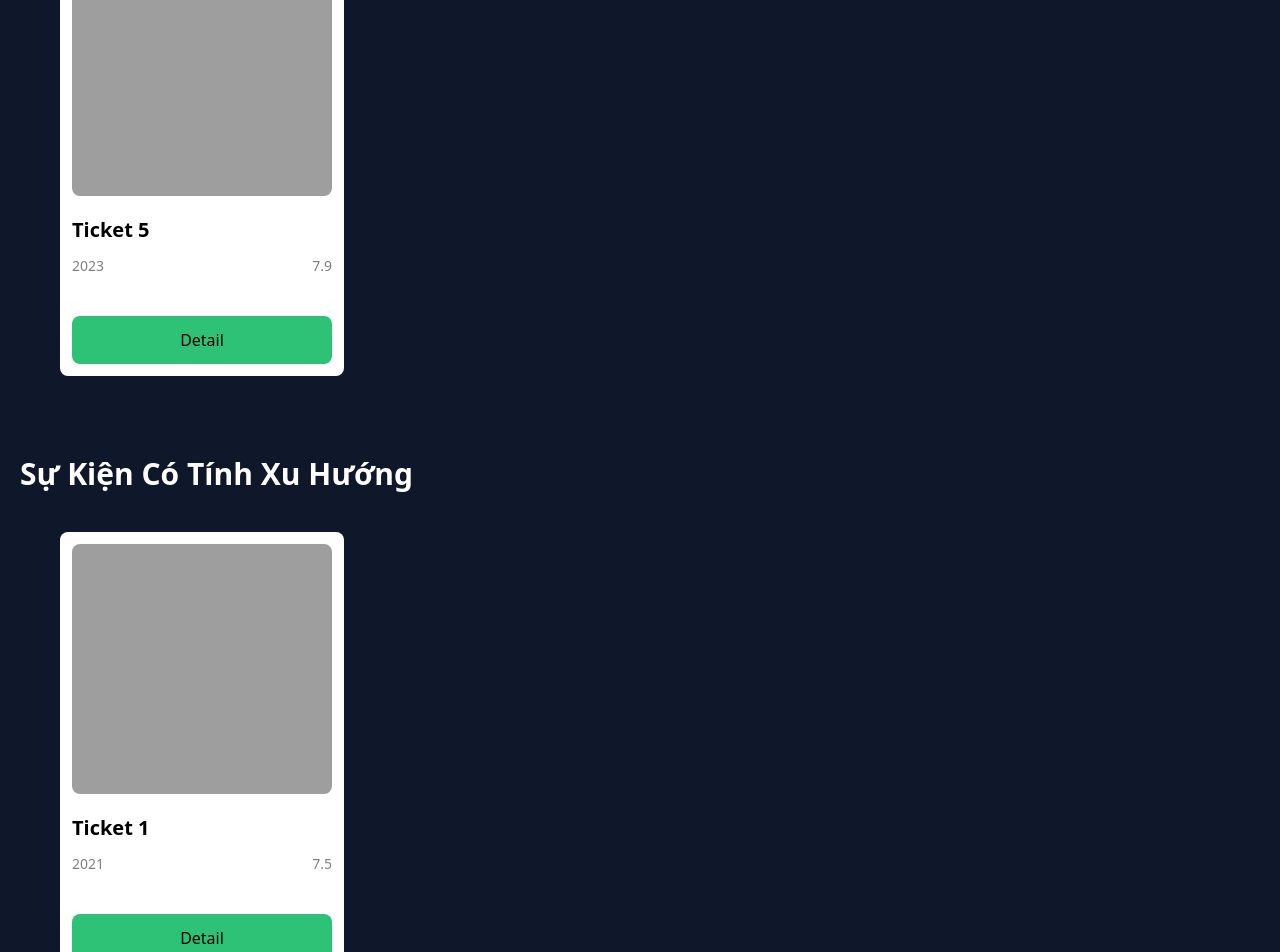
Repository: DatVX02/SWD392--ChienNV33
Page: / (app in FE/ticket-reused/)
An editor plug-in stored every save of this project. The page is shown before and after the next save, followed by the edit.
The browser window is 1280 px wide. The pictures show the part of the page from y = 4962 to 5914 px (the page is 10150 px tall).
Pictures or frames that could not be fetched are drawn as grey boxes. The project was rebuilt for these pictures with package versions that can differ from the ones it lists, and the page was loaded fresh each time. Also part of the build but not shown: FE/ticket-reused/vite.config.js, FE/ticket-reused/src/components/Auther/Login.jsx, FE/ticket-reused/src/components/Auther/Register.jsx, FE/ticket-reused/src/components/User/LoginModal.jsx, FE/ticket-reused/src/components/User/RegisterModal.jsx, FE/ticket-reused/src/components/loading/LoadingSkeleton.jsx.

Above is the page before, as saved 2024-10-13 20:10:53.

After the next save:
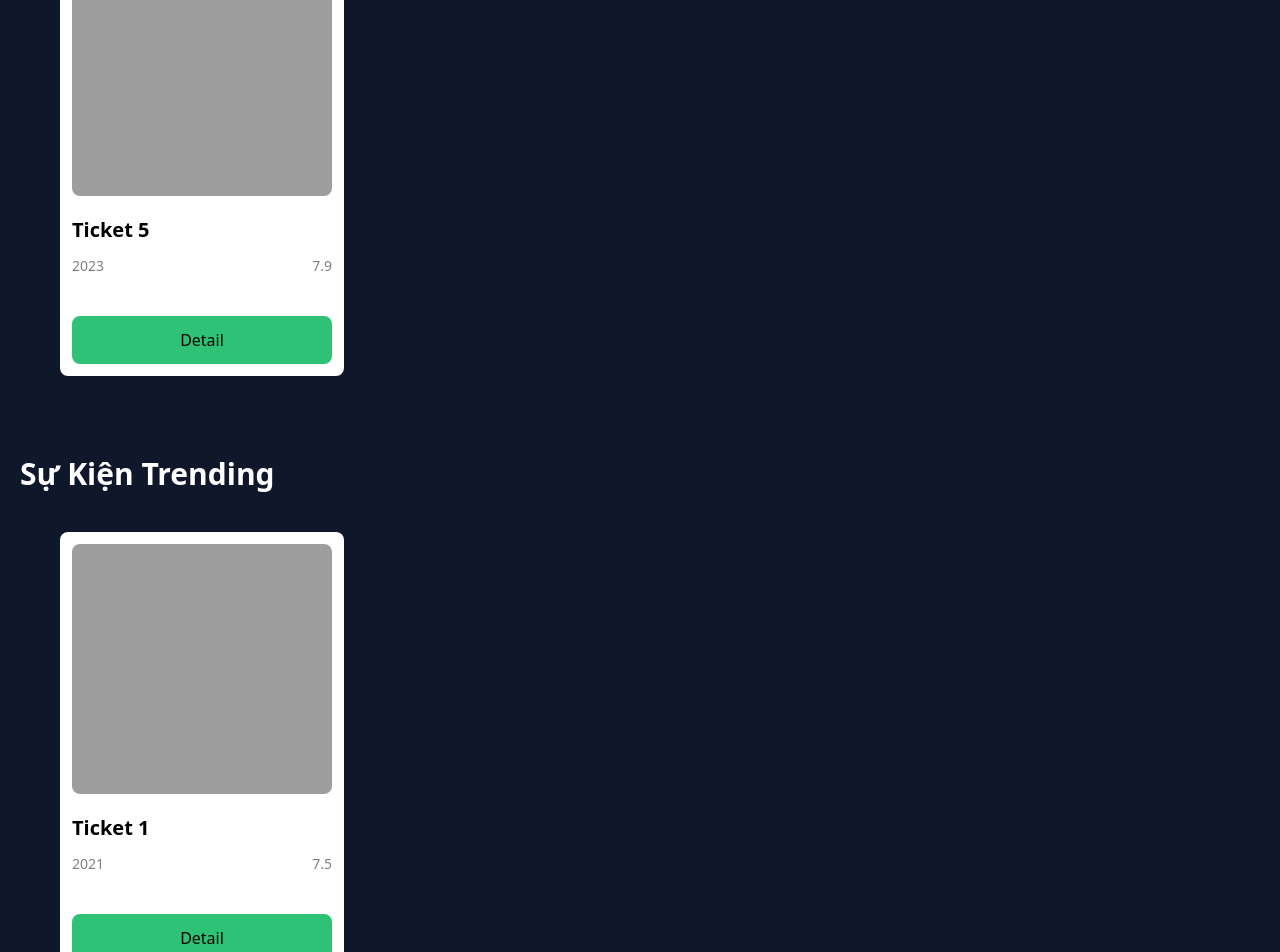
Saved 3 min 48 s later.
--- a/FE/ticket-reused/src/components/page/HomePage.jsx
+++ b/FE/ticket-reused/src/components/page/HomePage.jsx
@@ -8,18 +8,12 @@ import LoginModal from "../User/LoginModal";
 import RegisterModal from "../User/RegisterModal";
 
 const HomePage = () => {
-  // State for search criteria
   const [searchCriteria, setSearchCriteria] = useState({});
   const [isLoginVisible, setLoginVisible] = useState(false);
   const [isRegisterVisible, setRegisterVisible] = useState(false);
 
-  // Handler for updating search criteria
-  const handleSearch = (criteria) => {
-    setSearchCriteria(criteria);
-    console.log("Search criteria updated:", criteria); // Debugging
-  };
+  const handleSearch = (criteria) => setSearchCriteria(criteria);
 
-  // Handlers to manage modals
   const handleShowLogin = () => {
     setLoginVisible(true);
     setRegisterVisible(false);
@@ -30,13 +24,9 @@ const HomePage = () => {
     setLoginVisible(false);
   };
 
-  const handleHideLogin = () => setLoginVisible(false);
-  const handleHideRegister = () => setRegisterVisible(false);
-
   return (
     <Fragment>
       <div className="app-container">
-        {/* Header Section */}
         <div className="header-container">
           <Header
             onLoginClick={handleShowLogin}
@@ -44,7 +34,6 @@ const HomePage = () => {
           />
         </div>
 
-        {/* Banner and Main Content */}
         <main className="pt-16 banner-container">
           <Banner />
           <div className="main-content page-container">
@@ -52,57 +41,30 @@ const HomePage = () => {
           </div>
         </main>
 
-        {/* Events Sections */}
-        <section className="pb-20 movie-layout page-container">
-          <h2 className="mb-10 text-3xl font-bold text-white capitalize">
-            Sự kiện đặc biệt
-          </h2>
-          <TicketList type="Special event" criteria={searchCriteria} />
-        </section>
+        {["Special", "Music", "Trending", "Upcoming"].map(
+          (eventType, index) => (
+            <section key={index} className="pb-20 movie-layout page-container">
+              <h2 className="mb-10 text-3xl font-bold text-white capitalize">
+                {eventType === "Special"
+                  ? "Sự kiện đặc biệt"
+                  : `Sự Kiện ${eventType === "Music" ? "Âm Nhạc" : eventType}`}
+              </h2>
+              <TicketList
+                type={`${eventType} event`}
+                criteria={searchCriteria}
+              />
+            </section>
+          )
+        )}
 
-        <section className="pb-20 movie-layout page-container">
-          <h2 className="mb-10 text-3xl font-bold text-white capitalize">
-            Sự Kiện Âm Nhạc
-          </h2>
-          <TicketList type="Music event" criteria={searchCriteria} />
-        </section>
-
-        <section className="pb-20 movie-layout page-container">
-          <h2 className="mb-10 text-3xl font-bold text-white capitalize">
-            Sự Kiện có tính xu hướng
-          </h2>
-          <TicketList type="Trending event" criteria={searchCriteria} />
-        </section>
-
-        <section className="pb-20 movie-layout page-container">
-          <h2 className="mb-10 text-3xl font-bold text-white capitalize">
-            Các sự kiện sắp tới
-          </h2>
-          <TicketList type="Upcoming event" criteria={searchCriteria} />
-        </section>
-
-        {/* Modals */}
         {isLoginVisible && (
-          <LoginModal
-            onClose={() => {
-              console.log("Closing Login Modal");
-              handleHideLogin();
-            }}
-          />
+          <LoginModal onClose={() => setLoginVisible(false)} />
         )}
         {isRegisterVisible && (
-          <RegisterModal
-            onClose={() => {
-              console.log("Closing Register Modal");
-              handleHideRegister();
-            }}
-          />
+          <RegisterModal onClose={() => setRegisterVisible(false)} />
         )}
 
-        {/* Footer Section */}
         <div className="footer-container"></div>
-
-        {/* Outlet for routing */}
         <Outlet />
       </div>
     </Fragment>
